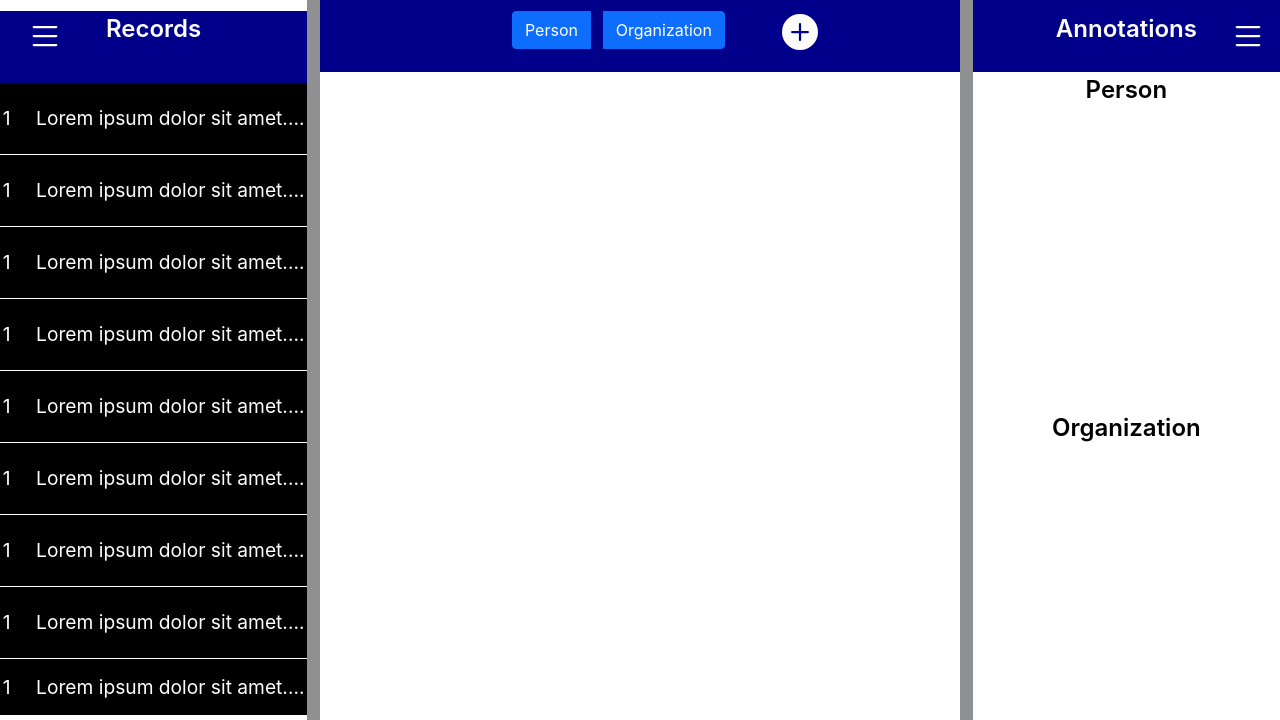
Repository: napan24/classforma_assignment
Page: / (app in client/)
The author's editor kept a copy of each file at every save. The page is drawn from the files as they stood at one save, then again after the next save.
The browser window is 1280 px wide. The pictures show the whole page.
The project was rebuilt for these pictures with package versions that can differ from the ones it lists, and the page was loaded fresh each time. Also part of the build but not shown: client/src/App.css.

Above is the page before, as saved 2022-07-20 18:56:54.

After the next save:
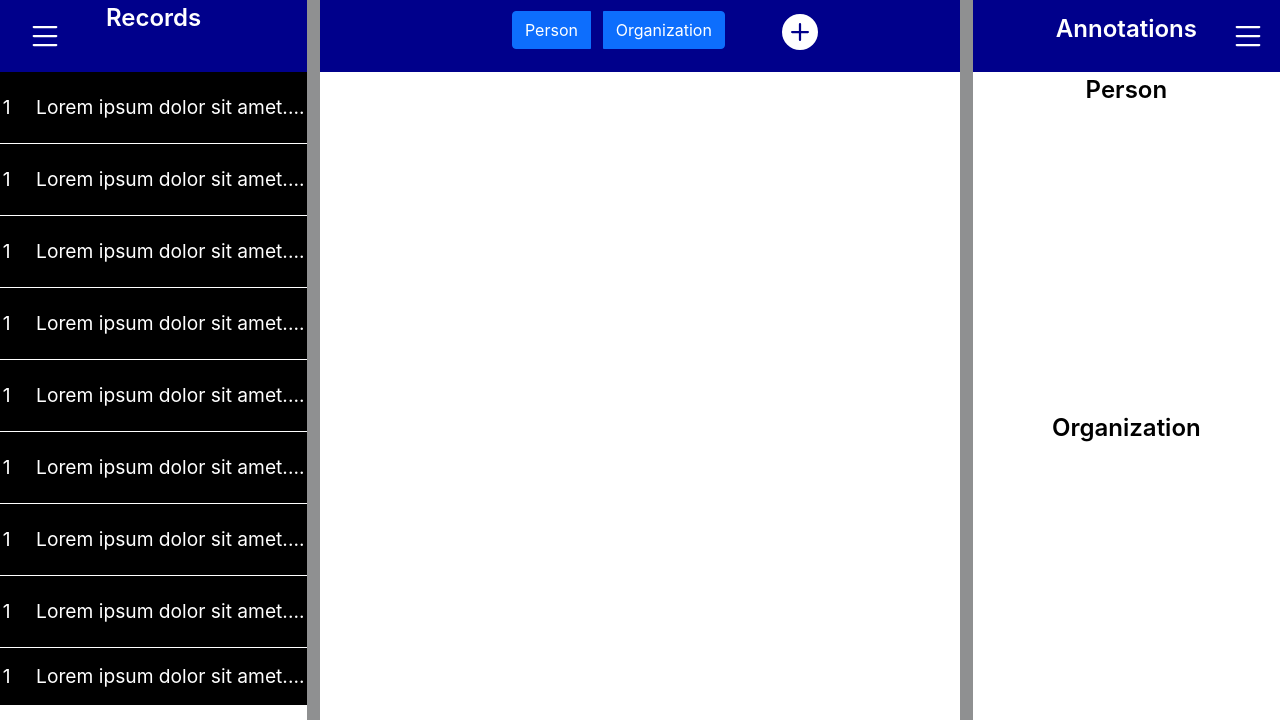
Saved 13 s later.
--- a/client/src/Home.js
+++ b/client/src/Home.js
@@ -100,7 +100,7 @@ const Home = () => {
             <div style={{ display: 'flex', width: "100vw", height: "100vh", backgroundColor: "#8f9091", overflow: "hidden" }}>
                 <div id="left_component" style={{ display: 'inline', width: "24vw", height: "100vh", backgroundColor: "white", marginRight: "1vw" }}>
                     <div style={{ width: "24vw", height: "10vh", backgroundColor: "#00008b", textAlign: 'center', fontSize: '150%', color: "white", fontWeight: "600"}}>
-                        <p style={{ marginTop: "1.5vh" }}>
+                        <p >
                             Records
                         </p>
                     </div>
